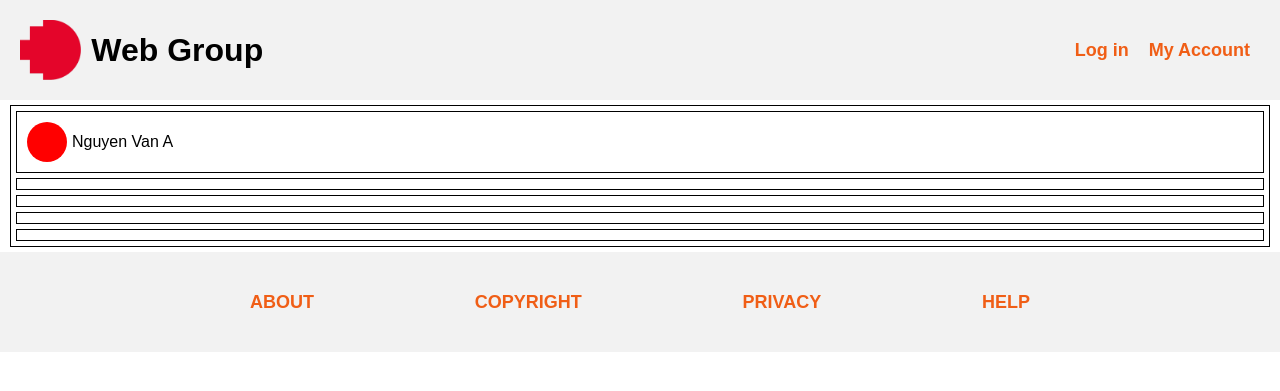
Repository: quynguyn/shoopingweb
Page: shipper.html
The author's editor kept a copy of each file at every save. The page is drawn from the files as they stood at one save, then again after a run of saves.
The browser window is 1280 px wide. The pictures show the whole page.

Above is the page before, as saved 2023-05-04 14:58:23.

### shipper.html
<!DOCTYPE html>
<html lang="en">

<head>
	<meta charset="UTF-8">
	<meta http-equiv="X-UA-Compatible" content="IE=edge">
	<meta name="viewport" content="width=device-width, initial-scale=1.0">
	<title>Shipper</title>
	<link rel="stylesheet" href="Asset/CSS/style.css">
	<link rel="stylesheet" href="Asset/CSS/shipper.css">
</head>

<body>
	<!-- Header of the page -->
	<header>
		<div class="logo">
			<img src="logo.png" alt="Web Group Logo">
			<h1>Web Group</h1>
		</div>
		<nav>
			<ul>
				<li><a href="#">Log in</a></li>
				<li><a href="#">My Account</a></li>
			</ul>
		</nav>
	</header>
	<div class="main-container">
		<div class="orders-container">
			<div class="order">
				<div class="activity">
					<svg height="50" width="50">
						<circle cx="25" cy="25" r="20" fill="red" />
					</svg>
				</div>

				<div class="information-container">
					<p class="name">Nguyen Van A</p>
				</div>
			</div>
			<div class="order">

			</div>
			<div class="order">

			</div>
			<div class="order">

			</div>
			<div class="order">

			</div>
		</div>
	</div>
	<!-- Footer of the page -->
	<footer>
		<div class="footer-links">
			<a href="#">About</a>
			<a href="#">Copyright</a>
			<a href="#">Privacy</a>
			<a href="#">Help</a>
		</div>
	</footer>

</body>

</html>

### Asset/CSS/style.css
/* Reset CSS */
:root {
    --main-color: #F58216;
    --primary-color: #ffb347;
    --secondary-color: #f05e16;
    --white-color: #f2f2f2;
    /* change the name */
}

/* Reset CSS  */
* {
    padding: 0;
    margin: 0;
    box-sizing: border-box;
    text-decoration: none;
    font-family: Arial, Helvetica, sans-serif;
}

/* Header CSS */
header {
    height: 100px;
    background-color:var(--white-color);
    display: flex;
    justify-content: space-between;
    align-items: center;
    padding: 0 20px;
  }

  .logo {
    display: flex;
    align-items: center;
  }

  .logo img {
    height: 60px;
    margin-right: 10px;
  }

  nav ul {
    display: flex;
    list-style: none;
    margin: 0;
    padding: 0;


  }

  nav ul li {
    margin: 0 10px;
  }

  nav ul li a {
    text-decoration: none;
    font-size: 18px;
    font-weight: bold;
    color: var(--secondary-color);
  }

  /* Footer css */
  footer {
    height: 100px;
    background-color: var(--white-color);
    display: flex;
    justify-content: center;
    align-items: center;
    color: var(--white-color);
  }

  footer div {
    display: flex;
    justify-content: space-between;
    width: 80%;
    max-width: 800px;
  }

  footer div a {
    color: var(--secondary-color);
    text-decoration: none;
    margin: 0 10px;
    text-transform: uppercase;
    font-weight: bold;
    font-size: large;
  }

### Asset/CSS/shipper.css
.main-container {
	margin: 5px;
}

.orders-container {
	margin: 5px;
	border: 1px solid black;
}

.order {
	margin: 5px;
	border: 1px solid black;
	padding: 5px;
	display: flex;
	flex-direction: row;
	align-items: center;
}

.activity {
	width: 50px;
	height: 50px;
}

After the next 7 saves:
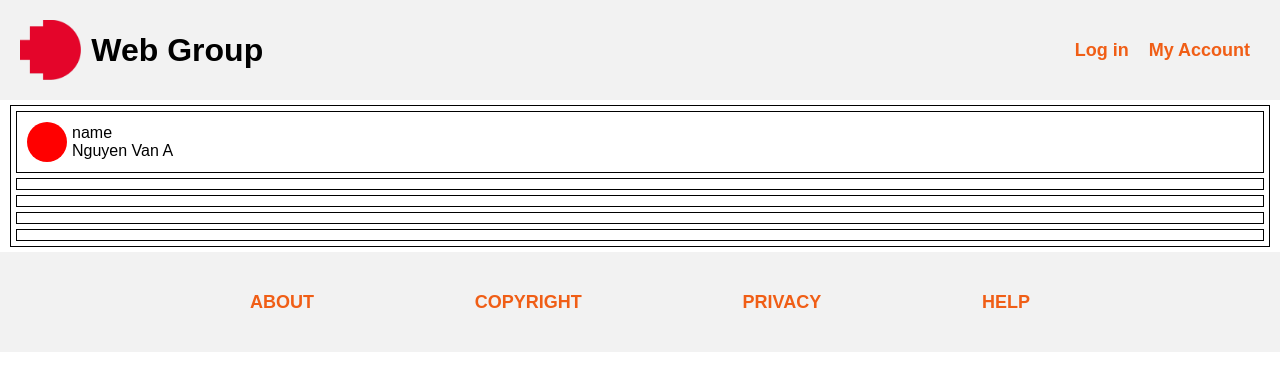
The 7 saves are shown as one change because they came seconds apart.
The last was saved 3 min 6 s later.
--- a/shipper.html
+++ b/shipper.html
@@ -34,7 +34,10 @@
 				</div>
 
 				<div class="information-container">
-					<p class="name">Nguyen Van A</p>
+					<div class="data-container">
+						<p>name</p>
+						<p class="name">Nguyen Van A</p>
+					</div>
 				</div>
 			</div>
 			<div class="order">
